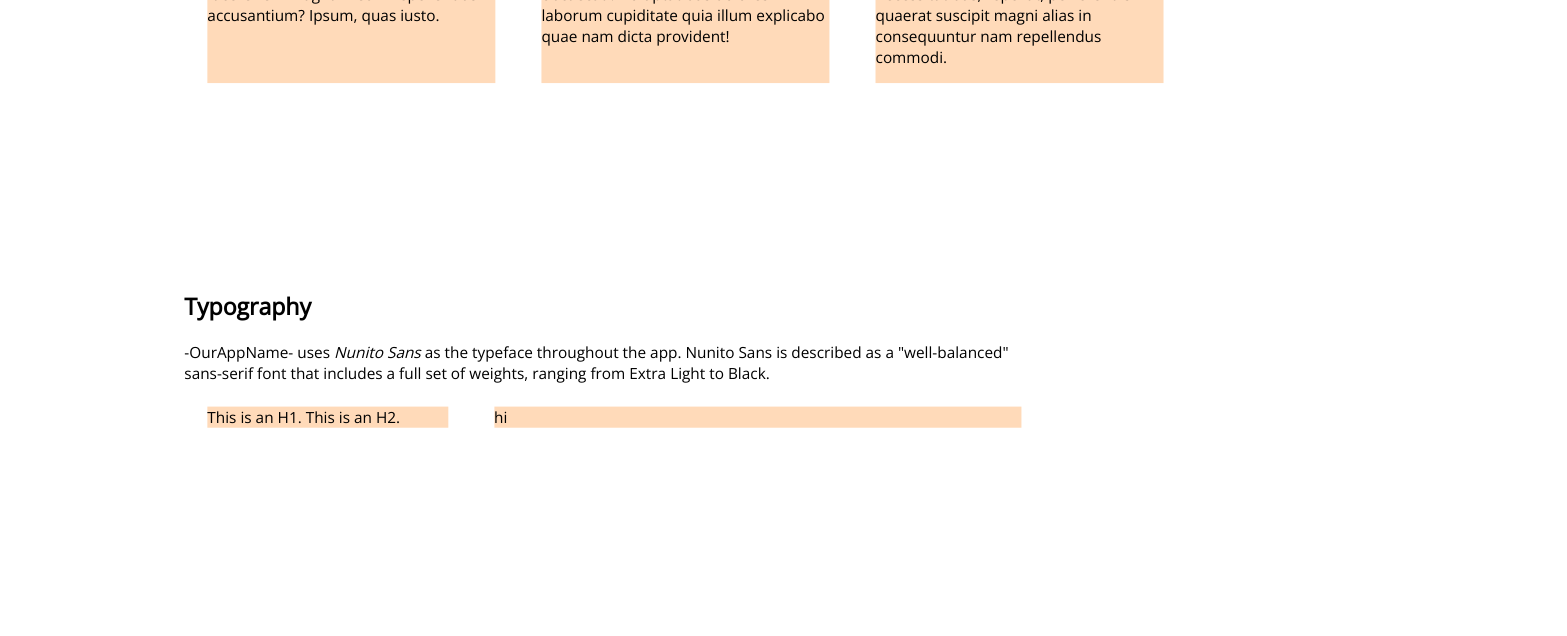
Repository: seohyun9672/Timearth-A6Styleguide
Page: page2.html
These files come from the project's save history. The page is drawn as it stood at one moment and after the next save; the edit follows.
The browser window is 1280 px wide. The page is 1632 px wide, so the pictures cover 1632 px, including what lies to the right of the window. The pictures show the part of the page from y = 1536 to 2264 px (the page is 2198 px tall before and 2264 px after), at 96% of full size.

Above is the page before, as saved 2022-03-19 17:15:09.

After the next save:
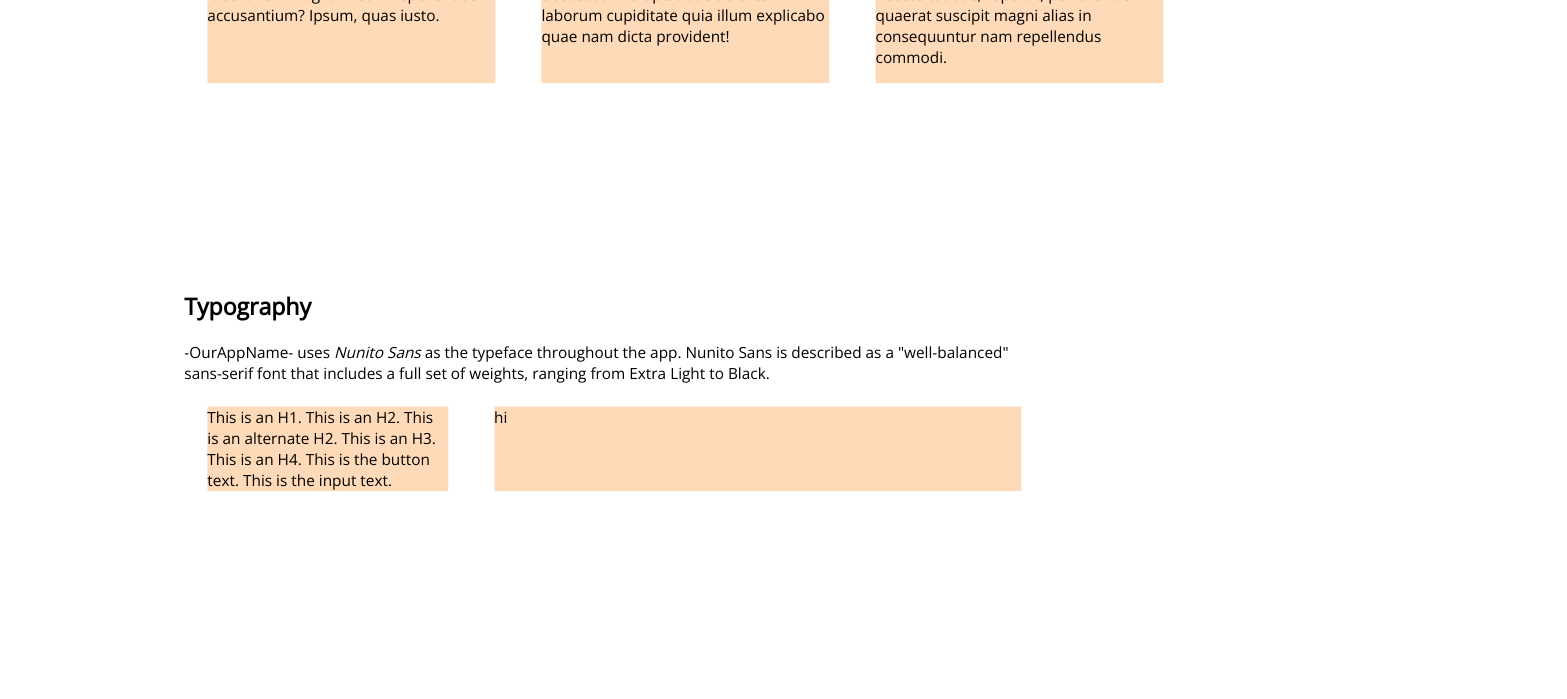
Saved 32 s later.
--- a/page2.html
+++ b/page2.html
@@ -76,7 +76,18 @@
       <div class="col-2">
         <div class="col">
             This is an H1.
+
             This is an H2.
+
+            This is an alternate H2.
+
+            This is an H3.
+
+            This is an H4.
+
+            This is the button text.
+
+            This is the input text.
         </div>
         <div class="col">hi</div>
       </div>
